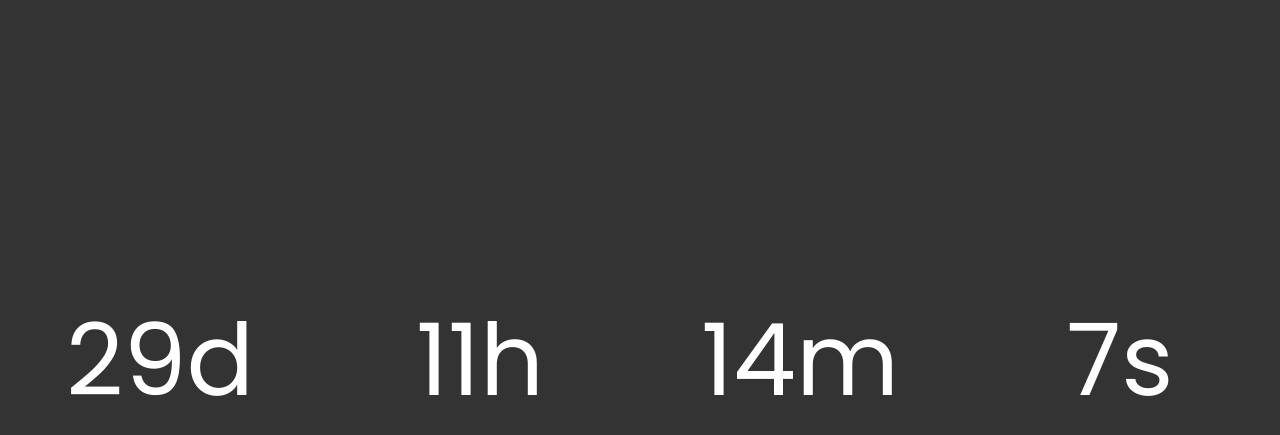
Repository: LeTanTru/All-Code
Page: Countdown/index.html
An editor plug-in stored every save of this project. The page is shown before and after a run of saves, followed by the edit.
The browser window is 1280 px wide. The pictures show the whole page.

Above is the page before, as saved 2023-01-14 19:42:48.

### Countdown/index.html
<!DOCTYPE html>
<html lang="en">

<head>
    <meta charset="UTF-8">
    <meta http-equiv="X-UA-Compatible" content="IE=edge">
    <meta name="viewport" content="width=device-width, initial-scale=1.0">
    <link rel="icon" type="image/x-icon" href="https://encrypted-tbn0.gstatic.com/images?q=tbn:ANd9GcQIQh1eX0Q6u5cD437ia0Gx8Band5tZZqGc_A&usqp=CAU">
    <title>Countdown</title>
    <link rel="stylesheet" href="./style.css">
    <link rel="preconnect" href="https://fonts.googleapis.com">
    <link rel="preconnect" href="https://fonts.gstatic.com" crossorigin>
    <link href="https://fonts.googleapis.com/css2?family=Poppins:wght@400;500&display=swap" rel="stylesheet">
</head>

<body>
    <div class="wrapper">
        <div class="countdown">
            <h3 class="countdown-css days"></h3>
            <h3 class="countdown-css hours"></h3>
            <h3 class="countdown-css minutes"></h3>
            <h3 class="countdown-css seconds"></h3>
        </div>
    </div>
    <script src="./countdown.js"></script>
</body>

</html>

### Countdown/style.css
*,
*::before,
*::after {
  box-sizing: border-box;
}

* {
  margin: 0;
  padding: 0;
  font: inherit;
}

body {
  line-height: 1.5;
}

img,
picture,
video,
canvas,
svg {
  display: block;
  max-width: 100%;
}

input,
button,
textarea,
select {
  outline: none;
}

p,
h1,
h2,
h3,
h4,
h5,
h6 {
  overflow-wrap: break-word;
}

* {
  border: 0;
  padding: 0;
  margin: 0;
  box-sizing: border-box;
}

body {
  background-color: #333;
}

html {
  font-family: "Poppins", sans-serif;
}

.wrapper {
  display: flex;
  align-items: center;
  justify-content: flex-start;
  height: 100vh;
}

.countdown {
  width: 100%;
  height: 300px;
  border-radius: 15px;
  display: flex;
  transition: all linear 0.5s;
  position: relative;
  color: white;
}

.countdown.open {
  background-color: rgba(100, 73, 74, 0.5);
}

.countdown-css {
  display: inline-block;
  width: 25%;
  height: 300px;
  line-height: 300px;
  text-align: center;
  font-size: 100px;
  pointer-events: none;
  transition: all linear 0.5s;
  user-select: none;
}

### Countdown/countdown.js
const daysEle = document.querySelector(".days");
const hoursEle = document.querySelector(".hours");
const minutesEle = document.querySelector(".minutes");
const secondsEle = document.querySelector(".seconds");

const date = new Date();
const dateEnd = new Date("1/28/2023");
const difference = dateEnd.getTime() - date.getTime();
const days = Math.floor(difference / (1000 * 86400));
const hours = Math.floor(difference / (1000 * 3600) - days * 24);
const minutes = Math.floor(
  (difference / (1000 * 3600) - days * 24 - hours) * 60
);
const seconds = Math.floor(
  ((difference / (1000 * 3600) - days * 24 - hours) * 60 - minutes) * 60
);
daysEle.innerText = days + "d";
hoursEle.innerText = hours + "h";
minutesEle.innerText = minutes + "m";
secondsEle.innerText = seconds + "s";

setInterval(() => {
  const date = new Date();
  const dateEnd = new Date("1/28/2023");
  const difference = dateEnd.getTime() - date.getTime();
  const days = Math.floor(difference / (1000 * 86400));
  const hours = Math.floor(difference / (1000 * 3600) - days * 24);
  const minutes = Math.floor(
    (difference / (1000 * 3600) - days * 24 - hours) * 60
  );
  const seconds = Math.floor(
    ((difference / (1000 * 3600) - days * 24 - hours) * 60 - minutes) * 60
  );
  daysEle.innerText = days + "d";
  hoursEle.innerText = hours + "h";
  minutesEle.innerText = minutes + "m";
  secondsEle.innerText = seconds + "s";
}, 1000);

After the next 3 saves:
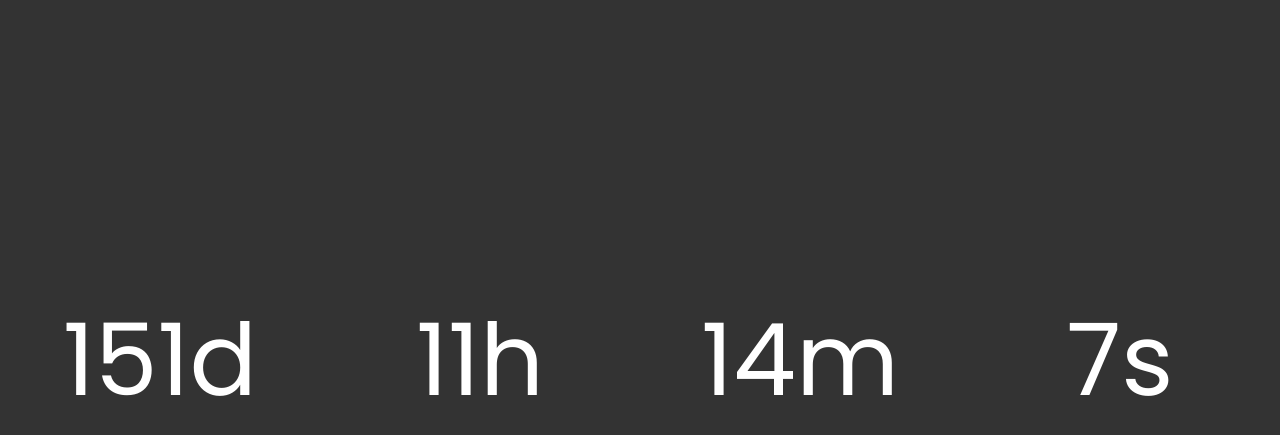
The 3 saves are shown as one change because they came seconds apart.
The last was saved 17 s later.
--- a/Countdown/countdown.js
+++ b/Countdown/countdown.js
@@ -4,7 +4,7 @@ const minutesEle = document.querySelector(".minutes");
 const secondsEle = document.querySelector(".seconds");
 
 const date = new Date();
-const dateEnd = new Date("1/28/2023");
+const dateEnd = new Date("5/30/2023");
 const difference = dateEnd.getTime() - date.getTime();
 const days = Math.floor(difference / (1000 * 86400));
 const hours = Math.floor(difference / (1000 * 3600) - days * 24);
@@ -21,7 +21,7 @@ secondsEle.innerText = seconds + "s";
 
 setInterval(() => {
   const date = new Date();
-  const dateEnd = new Date("1/28/2023");
+  const dateEnd = new Date("5/30/2023");
   const difference = dateEnd.getTime() - date.getTime();
   const days = Math.floor(difference / (1000 * 86400));
   const hours = Math.floor(difference / (1000 * 3600) - days * 24);
